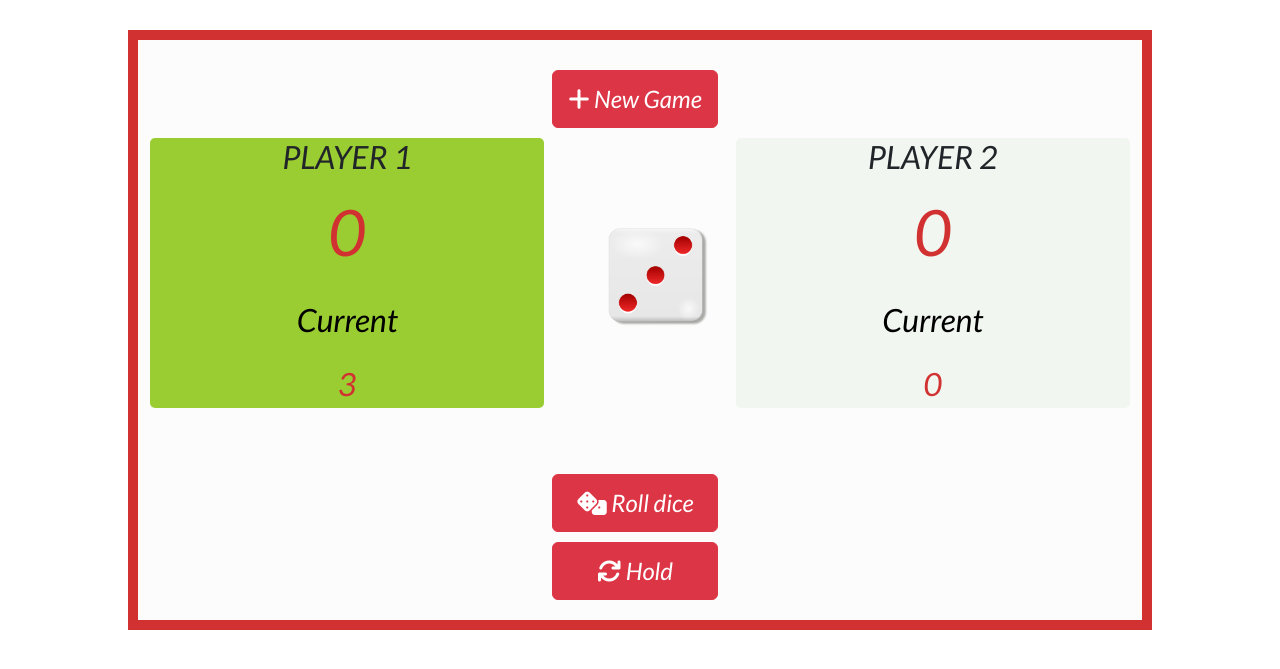
Repository: haifabilel/Eval_JAVASCRIPT
Page: index.html
The author's editor kept a copy of each file at every save. The page is drawn from the files as they stood at one save, then again after a run of saves.
The browser window is 1280 px wide. The pictures show the whole page.
After loading, the first visible `button.btn_roll` was clicked once.
Some web libraries are served in a nearby version.

Above is the page before, as saved 2023-06-03 20:56:04.

### index.html
<!DOCTYPE html>
<html lang="fr">
<head>
    <meta charset="UTF-8">
    <meta http-equiv="X-UA-Compatible" content="IE=edge">
    <meta name="viewport" content="width=device-width, initial-scale=1.0">
    <title>GameEval</title>
    <!-- Bootstrap -->
    <link href="https://cdn.jsdelivr.net/npm/bootstrap@5.3.0-alpha3/dist/css/bootstrap.min.css" rel="stylesheet" integrity="sha384-KK94CHFLLe+nY2dmCWGMq91rCGa5gtU4mk92HdvYe+M/SXH301p5ILy+dN9+nJOZ" crossorigin="anonymous">
    <!-- Bootstrap icons CSS -->
    <link rel="stylesheet" href="https://cdn.jsdelivr.net/npm/bootstrap-icons@1.6.1/font/bootstrap-icons.css">
    <!-- font awesome cdn link-->
    <link rel="stylesheet" href="https://cdnjs.cloudflare.com/ajax/libs/font-awesome/6.3.0/css/all.min.css" integrity="sha512-SzlrxWUlpfuzQ+pcUCosxcglQRNAq/DZjVsC0lE40xsADsfeQoEypE+enwcOiGjk/bSuGGKHEyjSoQ1zVisanQ==" crossorigin="anonymous" referrerpolicy="no-referrer">
    <!-- CSS Link -->
    <link rel="stylesheet" href="style.css">
</head>
<body>
    <div class="container-fluid" >
     <header>
         <button class="btn btn_newGame btn-danger"><i class="fa-solid fa-plus"></i> New Game</button>
    </header>
    <main>
        <div class="row">
            <!-- Player One  -->
            <div class="col-sm-5 mx-auto ">
                <section class="player player_0 player_active">
                    <h2 class="label" id="label_0">PLAYER 1</h2>
                    <p class="score" id="score_0" >0</p>
                    <div class="current">
                        <p class="current_label">Current</p>
                        <p class="current_score" id="current_0">0</p>
                    </div>
                </section>
            </div>
            <!-- Dice image -->
            <div class="col-sm-2 mx-auto">
                <img src="/asset/dice1.png" alt="imageDice" class="dice" style="width: 100px;">
            </div>
             <!-- Player Tow  -->
             <div class="col-sm-5 mx-auto">
                <section class="player player_1">
                    <h2 class="label" id="label_1">PLAYER 2</h2>
                    <p class="score" id="score_1">0</p>
                    <div class="current">
                        <p class="current_label">Current</p>
                        <p class="current_score" id="current_1">0</p>
                    </div>
                </section>
             </div>
        </div>
    </main>
    <!-- Button RollDice -->
    <div class="button_roll">
        <button class="btn btn_roll btn-danger"><i class="fa-solid fa-dice"></i> Roll dice</button>
    </div>
    <div class="button_hold">
        <button class="btn btn_hold btn-danger"><i class="fa-solid fa-arrows-rotate"></i> Hold</button>
    </div>
    </div>


    <script src="https://code.jquery.com/jquery-3.5.1.slim.min.js" integrity="sha384-DfXdz2htPH0lsSSs5nCTpuj/zy4C+OGpamoFVy38MVBnE+IbbVYUew+OrCXaRkfj" crossorigin="anonymous"></script>
    <script src="https://cdn.jsdelivr.net/npm/popper.js@1.16.0/dist/umd/popper.min.js" integrity="sha384-Q6E9RHvbIyZFJoft+2mJbHaEWldlvI9IOYy5n3zV9zzTtmI3UksdQRVvoxMfooAo" crossorigin="anonymous"></script>
    <script src="https://cdn.jsdelivr.net/npm/bootstrap@5.3.0-alpha3/dist/js/bootstrap.bundle.min.js" integrity="sha384-ENjdO4Dr2bkBIFxQpeoTz1HIcje39Wm4jDKdf19U8gI4ddQ3GYNS7NTKfAdVQSZe" crossorigin="anonymous"></script>
    <script src="script.js"></script>
</body>
</html>

### style.css
@import url('https://fonts.googleapis.com/css2?family=Lato:ital,wght@1,300;1,400;1,700&display=swap');
*{
    font-family: Lato;
}
.container-fluid{
    box-shadow:0.5rem 1 rem rgba(0,0,0,.5);
    background-color: #fdfcfc;
    width:80%;
    height: 600px;
    border: 10px solid  #d13131;
    margin-top: 30px;
}
.row{
    margin-top:80px;
}
/* Playerss */
.player_0 , .player_1{
    background-color:#f1f7f0;
    text-align:center;
    border-radius:5px;
    margin-top:-70px;
}
/* Current */
.current{

    width:30%;
    font-size:1.5rem;
    border-radius:5%;
    text-align:center;
    margin-left :35%;
    color:black;
    font-size:2rem;
}
/* Scors */
.score{
    color:#d13131;
    font-size:4rem;
}
.current_score{
    color:#d13131;
    font-size:2rem;
}
/* Buttons */
.btn_roll{
    margin-left:41%;
    margin-top:50px;
    width:17%;
    font-size:1.5rem;
    padding:10px;

}
.btn_hold{
    padding:10px;
    margin-left:41%;
    margin-top:10px;
    width:17%;
    font-size:1.5rem;

}
.btn_newGame{
    margin-top:30px;
    padding: 10px;
    margin-left:41%;
    width:17%;
    font-size:1.5rem;
}
/* Image Dice */
img{
    margin:20px 40px;
}
.hidden{
    display:none;
}
.player_winn{
    background:url(/asset/golden-winners-cup_1284-18399.avif);
    background-size: cover;
    background-position:center;


}
.player_winn1{
    background-color:yellowgreen;
}

### script.js
//Players
const playerOne = document.getElementById('player_0');
const playerTow = document.getElementById('player_1');
//Score
const score0 = document.getElementById('score_0');
const score1 = document.getElementById('score_1');
//Dice
const dice = document.querySelector('.dice');
//buttons
const buttonRoll = document.querySelector('.btn_roll');
const buttonHold = document.querySelector('.btn_hold');
const buttonNewGame = document.querySelector('.btn_newGame');
//Current
const current0 = document.getElementById('current_0');
const current1 = document.getElementById('current_1');

score0.textContent = 0 ;
score1.textContent = 0 ;
dice.classList.add("hidden");

let scores = [0 , 0]
let activePlayer = 0 ;
let currentScore = 0 ;

const switchPlayer = function(){
    document.getElementById(`current_${activePlayer}`).textContent = 0;
    activePlayer = activePlayer === 0 ? 1 : 0;
    currentScore = 0;
    playerOne.classList.toggle("player_active");
    playerTow.classList.toggle("player_active");
}
//buttonRoll
buttonRoll.addEventListener("click", function() {
    dice.classList.remove("hidden");


    //Generate number 1 to 6
    const diceRandom = Math.floor(Math.random() * 6) + 1;
    dice.src =`/asset/dice${diceRandom}.png`

//   Sound game
const audio = new Audio('/asset/programmation-web_de-2_asset_son.mp3');

const lanseSon = function() {
    audio.play()
}
audio.addEventListener('canplaythrough', lanseSon);

//Rolled
if(diceRandom !==1){
    currentScore += diceRandom;
    document.getElementById(`current_${activePlayer}`).textContent = currentScore;
    document.querySelector(`.player_${activePlayer}`).classList.add('player_winn1');

}else{
    //Switch Player
    switchPlayer();
}
});
//ButtonHold
buttonHold.addEventListener('click',function(){
    scores[activePlayer] += currentScore;
    document.getElementById(`score_${activePlayer}`).textContent = scores[activePlayer];


    if(scores[activePlayer] >=100){
        document.querySelector(`.player_${activePlayer}`).classList.add('player_winn');
        const audio = new Audio('/asset/tadaa-47995.mp3');

        const lanseSon1 = function() {
            audio.play()
        }
        audio.addEventListener('canplaythrough', lanseSon1);


    }else{
        switchPlayer();
    }
});
//  Button NewGame
buttonNewGame.addEventListener ('click',function(){
    document.location.reload()
 })

After the next 2 saves:
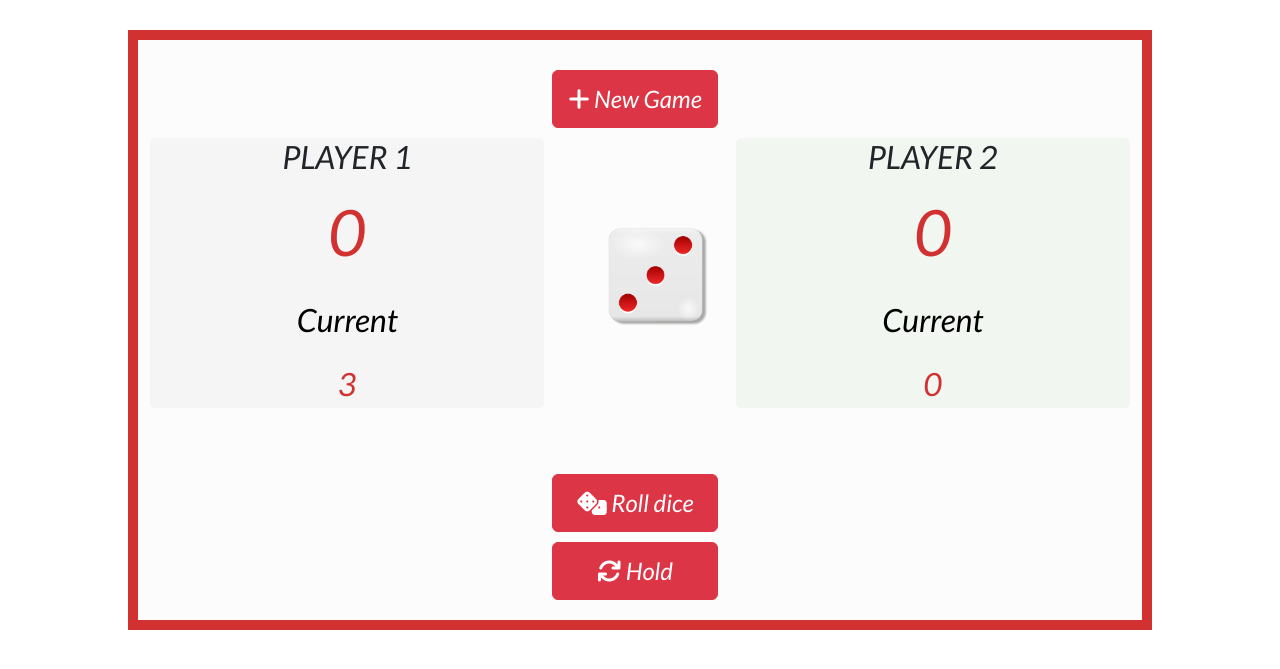
The 2 saves are shown as one change because they came seconds apart.
The last was saved 2 h 53 min later.
--- a/style.css
+++ b/style.css
@@ -79,5 +79,5 @@ img{
 
 }
 .player_winn1{
-    background-color:yellowgreen;
+    background-color:whitesmoke;
 }
